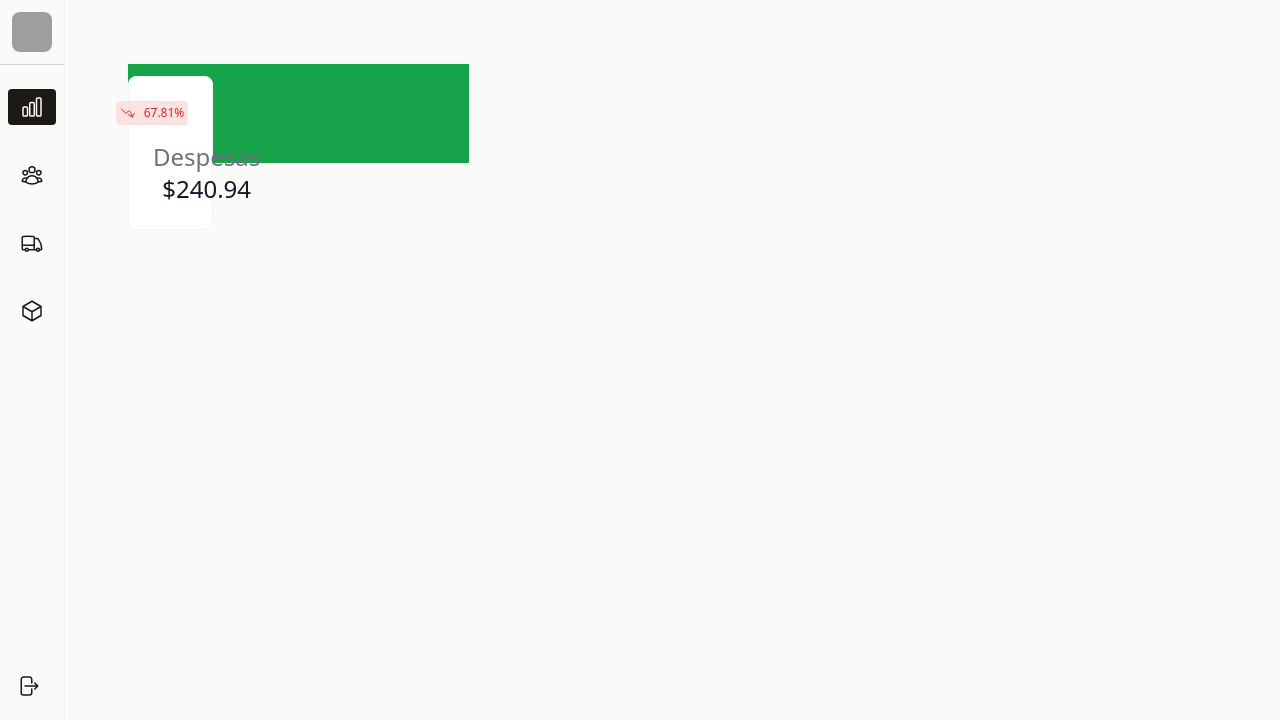
Repository: XavierOtavio/Cuzinhas
Page: /dashboard
The author's editor kept a copy of each file at every save. The page is drawn from the files as they stood at one save, then again after the next save.
The browser window is 1280 px wide. The pictures show the whole page.
Pictures or frames that could not be fetched are drawn as grey boxes. The project was rebuilt for these pictures with package versions that can differ from the ones it lists, and the page was loaded fresh each time. Also part of the build but not shown: src/components/Orders.js, src/components/Employees.js, src/components/Login.js, src/components/Register.js, src/components/Home.js, src/components/Logotipo.js, src/components/Header.js, src/components/Footer.js and 1 more.

Above is the page before, as saved 2023-03-08 18:35:39.

### src/App.js
import { Route, Routes } from "react-router-dom";
import LayoutBackend from "./components/LayoutBackend";
import Dashboard from "./components/Dashboard";
import Orders from "./components/Orders";
import Employees from "./components/Employees";
import Login from "./components/Login";
import Register from "./components/Register";
import Home from "./components/Home";
import LayoutFront from "./components/LayoutFront";

function App() {
  return (
    <div className="App">
      <Routes>
        <Route path="/dashboard" element={<LayoutBackend />}>
          <Route path="" element={<Dashboard />} />
          <Route path="orders" element={<Orders />} />
          <Route path="employees" element={<Employees />} />
        </Route>
        <Route path="" element={<LayoutFront />}>
          <Route path="/" element={<Home />} />
        </Route>
        <Route path="/login" element={<Login />} />
        <Route path="/register" element={<Register />} />
      </Routes>
    </div>
  );
}

export default App;

### src/components/LayoutBackend.js
import React from "react";
import SideBar from "./SideBar";
import { Outlet } from "react-router-dom";

export default function LayoutBackend() {
  return (
    <>
      <div className="absolute h-screen w-screen">
        <SideBar />
        <div className="relative flex h-full items-center justify-center bg-stone-50">
          <Outlet />
        </div>
      </div>
    </>
  );
}

### src/components/Dashboard.js
import React from "react";
import {
  ArrowTrendingUpIcon,
  ArrowTrendingDownIcon,
} from "@heroicons/react/24/outline";

export default function Dashboard() {
  return (
    <div className="absolute inset-0 mx-32 my-16 grid grid-cols-12 grid-rows-6">
      <div className="row-start-1 row-end-2 col-start-1 col-end-5 bg-green-600">
        <button class="flex flex-col gap-4 rounded-lg border border-gray-100 bg-white p-6 w-3/12 my-3">
          <div class="inline-flex gap-2 self-end rounded bg-red-100 p-1 text-red-600">
            <ArrowTrendingDownIcon className="h-4 w-4" />

            <span class="text-xs font-medium"> 67.81% </span>
          </div>

          <div>
            <strong class="block text-left text-2xl font-medium text-gray-500">
              Despesas
            </strong>

            <p>
              <span class="text-2xl font-medium text-gray-900"> $240.94 </span>
            </p>
          </div>
        </button>
      </div>
    </div>
  );
}

### src/components/SideBar.js
import React from "react";
import { Link, useLocation } from "react-router-dom";
import {
  ArrowRightOnRectangleIcon,
  ChartBarIcon,
  CubeIcon,
  TruckIcon,
  UserGroupIcon,
} from "@heroicons/react/24/outline";

export default function SideBar() {
  const location = useLocation();
  return (
    <div className="absolute inset-y-0 left-0 z-10 w-16 shadow-sm bg-stone-50">
      <div>
        <div className="inline-flex h-16 w-16 items-center justify-center">
          <Link
            to="/profile"
            className="group relative flex justify-center rounded"
          >
            <img
              alt="user"
              className="rounded-lg h-10 w-10"
              src="https://cdn.discordapp.com/attachments/1082425024104894666/1082799435727253584/xSVMV6xD9Cf7K56wjeEF--1--2htnr.jpg"
            />
            <span className="absolute left-full text-left whitespace-nowrap top-1/2 ml-4 -translate-y-1/2 rounded bg-stone-900 px-2 py-1.5 text-xs font-medium text-stone-50 opacity-0 group-hover:opacity-100">
              Perfil <p className="font-light">Xavier Otávio</p>
            </span>
          </Link>
        </div>
        <div className="border-t border-stone-300">
          <nav aria-label="Main" className="flex flex-col p-2">
            <div className="py-4">
              <Link
                to="/dashboard"
                className={`group relative flex  justify-center rounded  px-2 py-1.5  ${
                  location.pathname === "/dashboard"
                    ? "bg-stone-900 text-stone-50"
                    : "bg-stone-50 text-stone-900"
                }`}
              >
                <ChartBarIcon className="h-6 w-6" />
                <span className="absolute left-full top-1/2 ml-4 -translate-y-1/2 rounded bg-stone-900 px-2 py-1.5 text-xs font-medium text-stone-50 opacity-0 group-hover:opacity-100">
                  Dashboard
                </span>
              </Link>
            </div>
            <div className="py-4">
              <Link
                to="/dashboard/employees"
                className={`group relative flex  justify-center rounded  px-2 py-1.5  ${
                  location.pathname === "/dashboard/employees"
                    ? "bg-stone-900 text-stone-50"
                    : "bg-stone-50 text-stone-900"
                }`}
              >
                <UserGroupIcon className="h-6 w-6" />
                <span className="absolute left-full top-1/2 ml-4 -translate-y-1/2 rounded bg-stone-900 px-2 py-1.5 text-xs font-medium text-stone-50 opacity-0 group-hover:opacity-100">
                  Empregados
                </span>
              </Link>
            </div>
            <div className="py-4">
              <Link
                to="/dashboard/orders"
                className={`group relative flex  justify-center rounded  px-2 py-1.5  ${
                  location.pathname === "/dashboard/orders"
                    ? "bg-stone-900 text-stone-50"
                    : "bg-stone-50 text-stone-900"
                }`}
              >
                <TruckIcon className="h-6 w-6" />
                <span className="absolute left-full top-1/2 ml-4 -translate-y-1/2 rounded bg-stone-900 px-2 py-1.5 text-xs font-medium text-stone-50 opacity-0 group-hover:opacity-100">
                  Encomendas
                </span>
              </Link>
            </div>
            <div className="py-4">
              <Link
                to="/dashboard/stock"
                className={`group relative flex  justify-center rounded  px-2 py-1.5  ${
                  location.pathname === "/dashboard/stock"
                    ? "bg-stone-900 text-stone-50"
                    : "bg-stone-50 text-stone-900"
                }`}
              >
                <CubeIcon className="h-6 w-6" />
                <span className="absolute left-full top-1/2 ml-4 -translate-y-1/2 rounded bg-stone-900 px-2 py-1.5 text-xs font-medium text-stone-50 opacity-0 group-hover:opacity-100">
                  Matérias-primas
                </span>
              </Link>
            </div>
            <div className="py-4 bottom-0 absolute">
              <Link
                to="/"
                className="group relative flex  justify-center rounded bg-stone-50 px-2 py-1.5 text-stone-900"
              >
                <ArrowRightOnRectangleIcon className="h-6 w-6" />
                <span className="absolute left-full top-1/2 ml-4 -translate-y-1/2 rounded bg-stone-900 px-2 py-1.5 text-xs font-medium text-stone-50 opacity-0 group-hover:opacity-100">
                  Sair
                </span>
              </Link>
            </div>
          </nav>
        </div>
      </div>
    </div>
  );
}

Loaded but not shown: public/index.html (common file); src/index.js (common file); src/index.css (common file); src/reportWebVitals.js (common file); tailwind.config.js (common file)

After the next save:
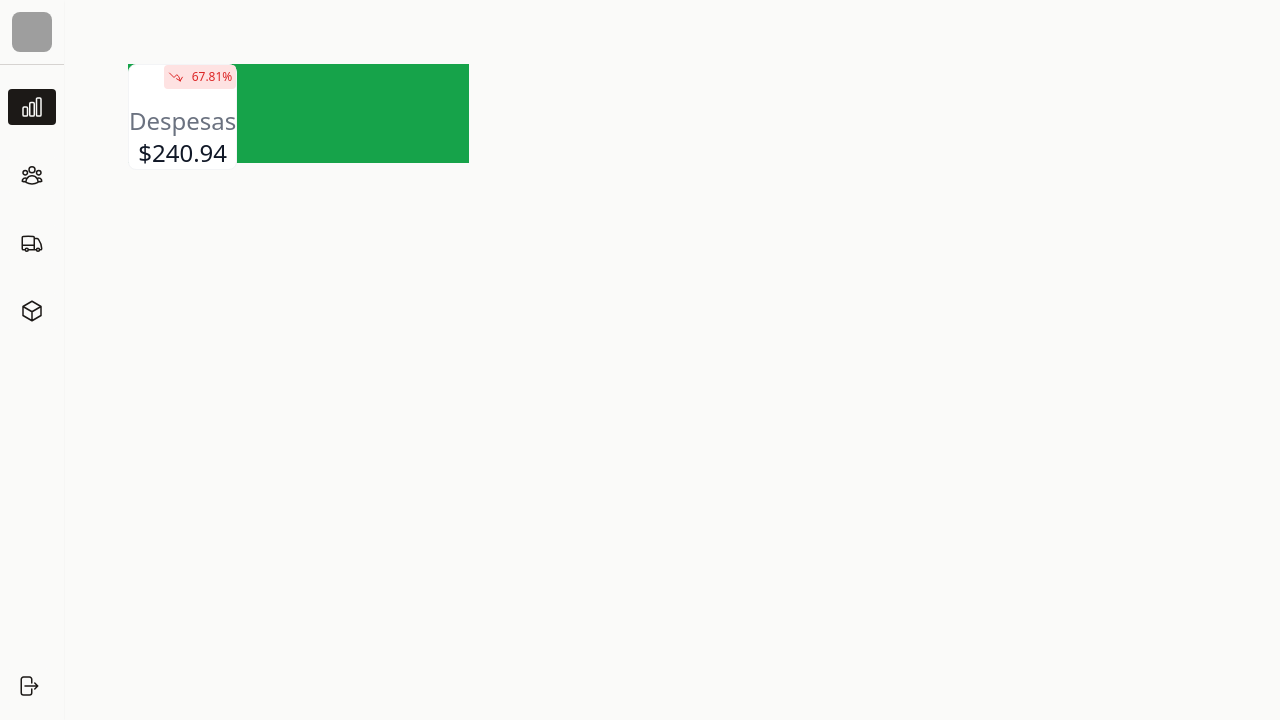
Saved 18 s later.
--- a/src/components/Dashboard.js
+++ b/src/components/Dashboard.js
@@ -8,7 +8,7 @@ export default function Dashboard() {
   return (
     <div className="absolute inset-0 mx-32 my-16 grid grid-cols-12 grid-rows-6">
       <div className="row-start-1 row-end-2 col-start-1 col-end-5 bg-green-600">
-        <button class="flex flex-col gap-4 rounded-lg border border-gray-100 bg-white p-6 w-3/12 my-3">
+        <button class="flex flex-col gap-4 rounded-lg border border-gray-100 bg-white ">
           <div class="inline-flex gap-2 self-end rounded bg-red-100 p-1 text-red-600">
             <ArrowTrendingDownIcon className="h-4 w-4" />
 
